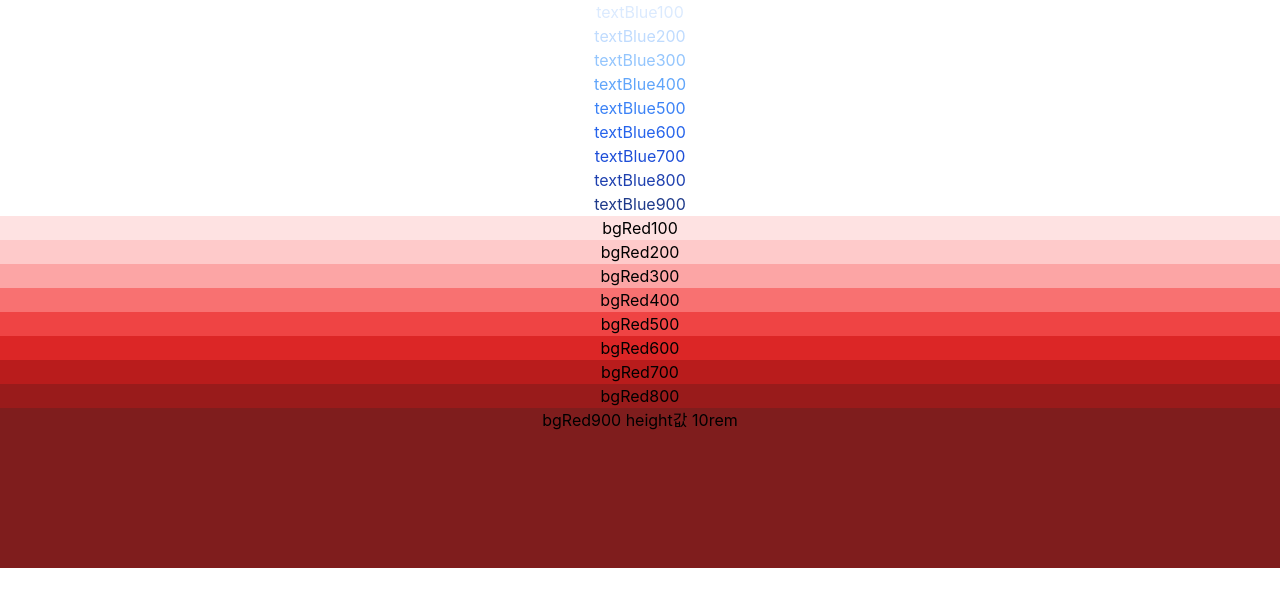
Repository: wogml3270/react-test-server
Page: /
The author's editor kept a copy of each file at every save. The page is drawn from the files as they stood at one save, then again after the next save.
The browser window is 1280 px wide. The pictures show the whole page.
The project was rebuilt for these pictures with package versions that can differ from the ones it lists, and the page was loaded fresh each time. Also part of the build but not shown: src/App.css.

Above is the page before, as saved 2022-08-04 20:32:56.

### src/index.js
import React from 'react';
import ReactDOM from 'react-dom/client';
import './index.css';
import App from './App';
import reportWebVitals from './reportWebVitals';
import './tailwind.css';

const root = ReactDOM.createRoot(document.getElementById('root'));
root.render(
  <React.StrictMode>
    <App />
  </React.StrictMode>
);

// If you want to start measuring performance in your app, pass a function
// to log results (for example: reportWebVitals(console.log))
// or send to an analytics endpoint. Learn more: https://bit.ly/CRA-vitals
reportWebVitals();

### src/App.js

import './App.css';

function App() {
  return (
    <>
      <div className="text-center">
        <h1 className="text-blue-100">textBlue100</h1>
        <h1 className="text-blue-200">textBlue200</h1>
        <h1 className="text-blue-300">textBlue300</h1>
        <h1 className="text-blue-400">textBlue400</h1>
        <h1 className="text-blue-500">textBlue500</h1>
        <h1 className="text-blue-600">textBlue600</h1>
        <h1 className="text-blue-700">textBlue700</h1>
        <h1 className="text-blue-800">textBlue800</h1>
        <h1 className="text-blue-900">textBlue900</h1>

        <h1 className="bg-red-100">bgRed100</h1>
        <h1 className="bg-red-200">bgRed200</h1>
        <h1 className="bg-red-300">bgRed300</h1>
        <h1 className="bg-red-400">bgRed400</h1>
        <h1 className="bg-red-500">bgRed500</h1>
        <h1 className="bg-red-600">bgRed600</h1>
        <h1 className="bg-red-700">bgRed700</h1>
        <h1 className="bg-red-800">bgRed800</h1>
        <h1 className="bg-red-900 h-40">bgRed900 height값 10rem </h1>
      </div>
    </>
  );
}

export default App;

### src/tailwind.css
/* src/tailwind.css */

@tailwind base;
@tailwind components;
@tailwind utilities;

### tailwind.config.js
// tailwindcss.config.js

module.exports = {
    content: ['./src/**/*.{js,jsx,ts,tsx}', './public/index.html'],
    theme: {
        extend: {},
    },
    plugins: [],
};

Loaded but not shown: public/index.html (common file); src/index.css (common file); src/reportWebVitals.js (common file)

After the next save:
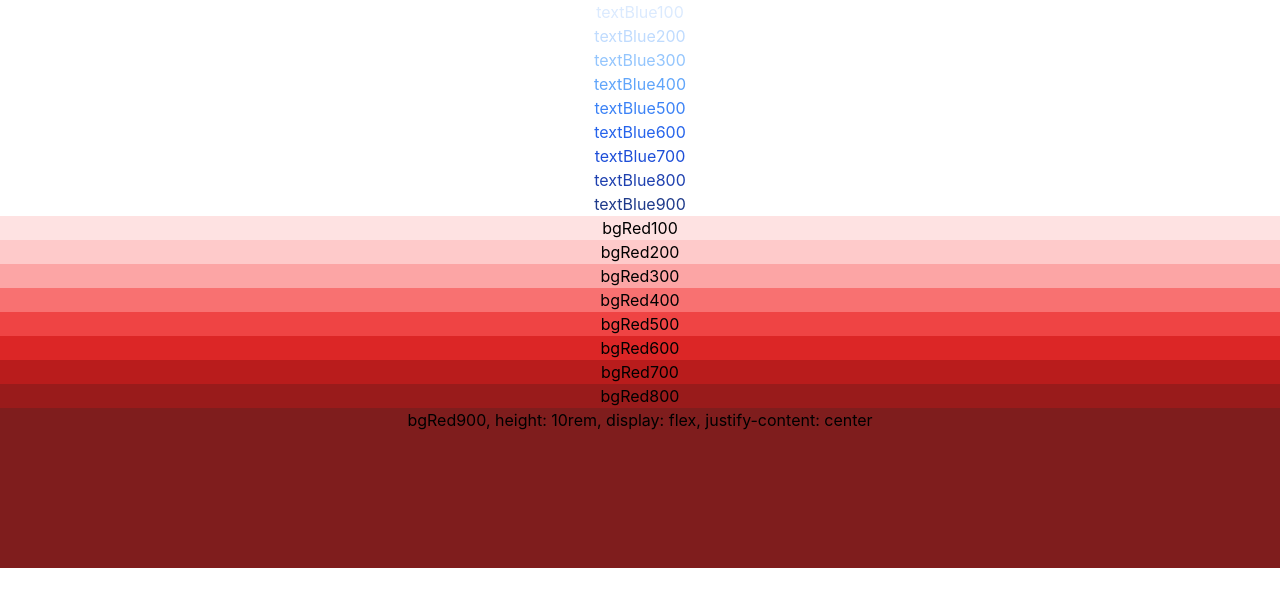
Saved 61 s later.
--- a/src/App.js
+++ b/src/App.js
@@ -23,7 +23,7 @@ function App() {
         <h1 className="bg-red-600">bgRed600</h1>
         <h1 className="bg-red-700">bgRed700</h1>
         <h1 className="bg-red-800">bgRed800</h1>
-        <h1 className="bg-red-900 h-40">bgRed900 height값 10rem </h1>
+        <h1 className="bg-red-900 h-40 flex justify-center">bgRed900, height: 10rem, display: flex, justify-content: center</h1>
       </div>
     </>
   );
